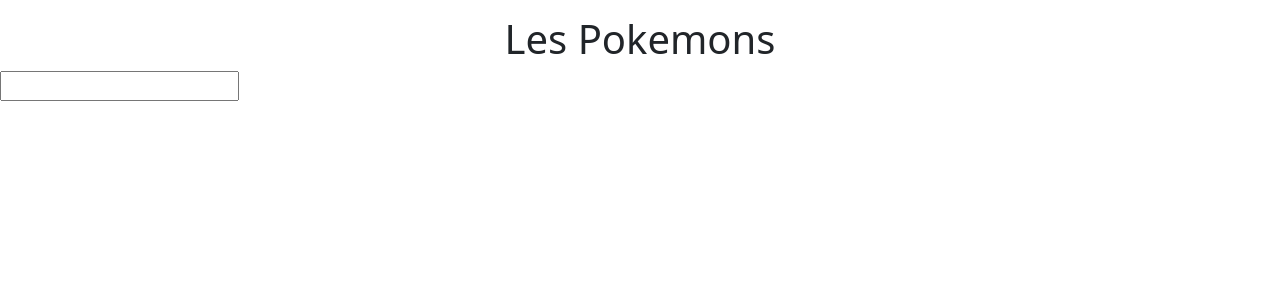
Repository: Coumba25040/coumbaProjet
Page: exoGPT/exo2fetch.html
An editor plug-in stored every save of this project. The page is shown before and after the next save, followed by the edit.
The browser window is 1280 px wide. The pictures show the whole page.
The page's requests for data from a server got no answer.

Above is the page before, as saved 2025-08-25 12:46:50.

### exoGPT/exo2fetch.html
<!DOCTYPE html>
<html lang="en">
<head>
    <meta charset="UTF-8">
    <meta name="viewport" content="width=device-width, initial-scale=1.0">
    <title>Document</title>
    <link href="https://cdn.jsdelivr.net/npm/bootstrap@5.3.7/dist/css/bootstrap.min.css" rel="stylesheet" integrity="sha384-LN+7fdVzj6u52u30Kp6M/trliBMCMKTyK833zpbD+pXdCLuTusPj697FH4R/5mcr" crossorigin="anonymous">
    <link rel="stylesheet" href="styleApi.css">
</head>
<body>
    <h1>Les Pokemons</h1>
    <input type="text">
    <div id="pokemonContainer">

    </div>
    <script src="exo2fetch.js"></script>
</body>
</html>

### exoGPT/styleApi.css
#pokemonContainer{
    display: flex;
    flex-wrap: wrap;
    justify-content: center;


}

.pokemon{
    margin: 20px;

}

h1{
    display: flex;
    justify-content: center;
    margin-top: 15px;
}

### exoGPT/exo2fetch.js

// function afficherPokemon(){
//     fetch('https://pokebuildapi.fr/api/v1/pokemon/limit/10')
//         .then(r => {
//             if(!r.ok){
//                 throw new Error('Erreur de réseau')
//             }
//             return r.json()
//         })
//         .then(posts =>{
//             console.log(posts)
//             const pokemonContainer = document.getElementById('pokemonContainer')

//             pokemonContainer.innerHTML = ''
//             posts.forEach(post => {
//                 const pokemon = document.createElement('div')
//                 pokemon.classList.add('pokemon')

//                 pokemon.innerHTML += `<div class="card" style="width: 14rem;">
//                 <img src="${post.image}" class="card-img-top" alt="pokemon">
//                 <div class="card-body">
//                     <h5 class="card-title">${post.name}</h5>
//                     <p class="card-text">Nombre d'attaque : ${post.stats.attack}</p>
//                     <p class="card-text">Défense : ${post.stats.defense}</p>
//                     <p class="card-text">HP : ${post.stats.HP}</p>
//                 </div>
//                 </div>`

//                 pokemonContainer.appendChild(pokemon)
//             });
//         })
//         .catch(error => {
//             console.log('Erreur :', error)
//         })
// }
// afficherPokemon()

async function afficherPokemon() {
    try {
        const response = await fetch('https://pokebuildapi.fr/api/v1/pokemon/limit/10')

        if (!response.ok) {
            throw new Error('Erreur de réseau')
        }
        const posts = await response.json()
        console.log(posts)

        const pokemonContainer = document.getElementById('pokemonContainer')

        pokemonContainer.innerHTML = ''
        posts.forEach(post => {
            const pokemon = document.createElement('div')
            pokemon.classList.add('pokemon')

            pokemon.innerHTML = `<div class="card" style="width: 14rem;">
                <img src="${post.image}" class="card-img-top" alt="Image de ${post.name}">
                <div class="card-body">
                    <h5 class="card-title">${post.name}</h5>
                    <p class="card-text">Nombre d'attaque : ${post.stats.attack}</p>
                    <p class="card-text">Défense : ${post.stats.defense}</p>
                    <p class="card-text">HP : ${post.stats.HP}</p>
                </div>
                </div>`

            pokemonContainer.appendChild(pokemon)
        });


    }
    catch (error) {
        console.error('Erreur :', error);

    }
}
afficherPokemon()


let input = document.getElementById('input')
let btn = document.getElementById('btn')

After the next save:
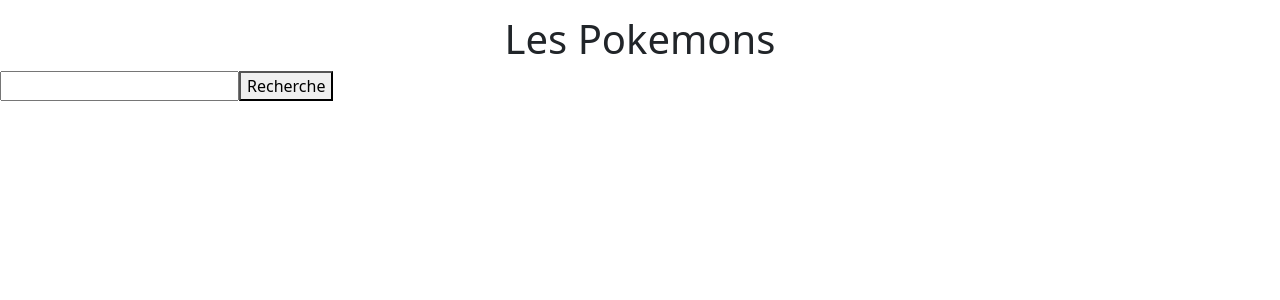
Saved 27 s later.
--- a/exoGPT/exo2fetch.html
+++ b/exoGPT/exo2fetch.html
@@ -9,7 +9,7 @@
 </head>
 <body>
     <h1>Les Pokemons</h1>
-    <input type="text">
+    <input type="text"><button>Recherche</button>
     <div id="pokemonContainer">
 
     </div>
